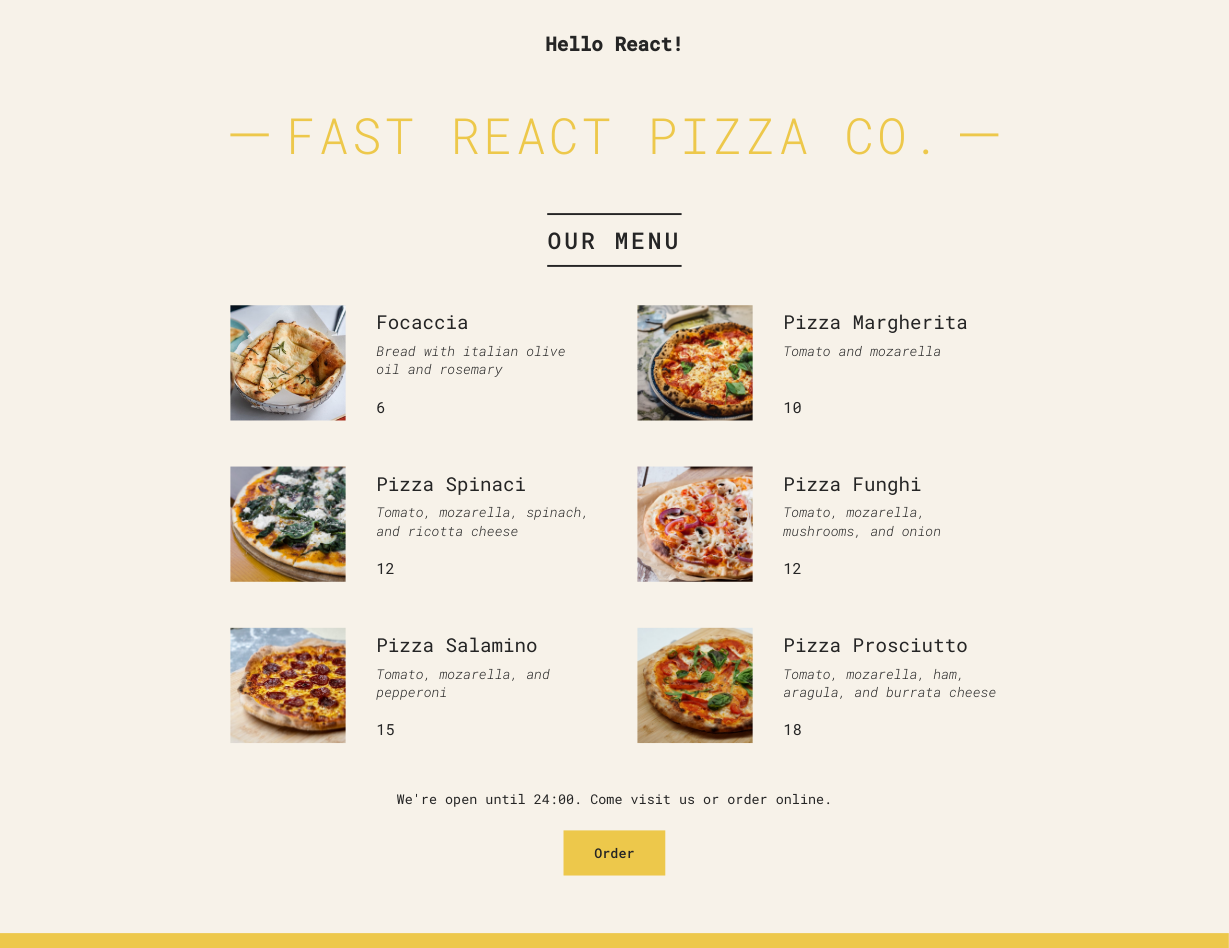
Repository: Alphosmart/03_pizza-menu
Page: /
An editor plug-in stored every save of this project. The page is shown before and after the next save, followed by the edit.
The browser window is 1280 px wide. The pictures show the whole page, at 96% of full size.
The project was rebuilt for these pictures with package versions that can differ from the ones it lists, and the page was loaded fresh each time.

Above is the page before, as saved 2024-06-02 12:26:29.

### src/index.js
import React from "react";
import ReactDOM from "react-dom/client";
import "./index.css";

const pizzaData = [
  {
    name: "Focaccia",
    ingredients: "Bread with italian olive oil and rosemary",
    price: 6,
    photoName: "pizzas/focaccia.jpg",
    soldOut: false,
  },
  {
    name: "Pizza Margherita",
    ingredients: "Tomato and mozarella",
    price: 10,
    photoName: "pizzas/margherita.jpg",
    soldOut: false,
  },
  {
    name: "Pizza Spinaci",
    ingredients: "Tomato, mozarella, spinach, and ricotta cheese",
    price: 12,
    photoName: "pizzas/spinaci.jpg",
    soldOut: false,
  },
  {
    name: "Pizza Funghi",
    ingredients: "Tomato, mozarella, mushrooms, and onion",
    price: 12,
    photoName: "pizzas/funghi.jpg",
    soldOut: false,
  },
  {
    name: "Pizza Salamino",
    ingredients: "Tomato, mozarella, and pepperoni",
    price: 15,
    photoName: "pizzas/salamino.jpg",
    soldOut: true,
  },
  {
    name: "Pizza Prosciutto",
    ingredients: "Tomato, mozarella, ham, aragula, and burrata cheese",
    price: 18,
    photoName: "pizzas/prosciutto.jpg",
    soldOut: false,
  },
];

function App() {
  return (
    <div className="container">
      <h1>Hello React!</h1>
      <Header />
      <Menu />
      <Footer />
    </div>
  );
}

function Header() {
  // const style = { color: "red", fontSize: "48px", textTransform: "Uppercase" };
  const style = {};
  return (
    <header className="header">
      <h1 style={style}>Fast React Pizza Co.</h1>
    </header>
  );
}

function Menu() {
  const pizzas = pizzaData;
  // const pizzas = [];
  const numPizzas = pizzas.length;

  return (
    <main className="menu">
      <h2>Our Menu</h2>
      {numPizzas > 0 ? (
        <ul className="pizzas">
          {pizzas.map((pizza) => (
            <Pizza pizzaObj={pizza} key={pizza.name} />
          ))}
        </ul>
      ) : (
        <p>We are still working on our menu. Please come back later</p>
      )}

      {/* <Pizza
        name="Pizza Spinaci"
        ingredients="Tomato, mozarella, spinach, and ricotta cheese"
        photoName="pizzas/spinaci.jpg"
        price={10}
      />
      <Pizza
        name="Pizza Funghi"
        ingredients="Tomato, mushrooms"
        price={12}
        photoName="pizzas/funghi.jpg"
      /> */}
    </main>
  );
}

function Pizza(props) {
  console.log(props);
  return (
    <li className="pizza">
      <img src={props.pizzaObj.photoName} alt={props.pizzaObj.name} />

      <div>
        <h3>{props.pizzaObj.name}</h3>
        <p>{props.pizzaObj.ingredients}</p>
        <span>{props.pizzaObj.price}</span>
      </div>
    </li>
  );
}
function Footer() {
  const hour = new Date().getHours();
  const openHour = 12;
  const closeHour = 24;
  const isOpen = hour >= openHour && hour <= closeHour;
  console.log(isOpen);
  // if (hour >= openHour && hour <= closeHour) alert("We're currently open!");
  // else alert("Sorry We're closed!");
  return (
    <footer className="footer">
      {isOpen ? (
        <div className="order">
          <p>We're open until {closeHour}:00. Come visit us or order online.</p>
          <button className="btn">Order</button>
        </div>
      ) : (
        <p>
          We are happy to welcome you between {openHour}:00 and {closeHour}:00
        </p>
      )}
    </footer>
  );

  // return React.createElement("footer", null, "We're currently open!");
}

// React v18
const root = ReactDOM.createRoot(document.getElementById("root"));
root.render(
  <React.StrictMode>
    <App />
  </React.StrictMode>
); // or root.render<App />);

//React before v18
// React.render(<App />, document.getElementById("root"));

Loaded but not shown: public/index.html (common file); src/index.css (common file)

After the next save:
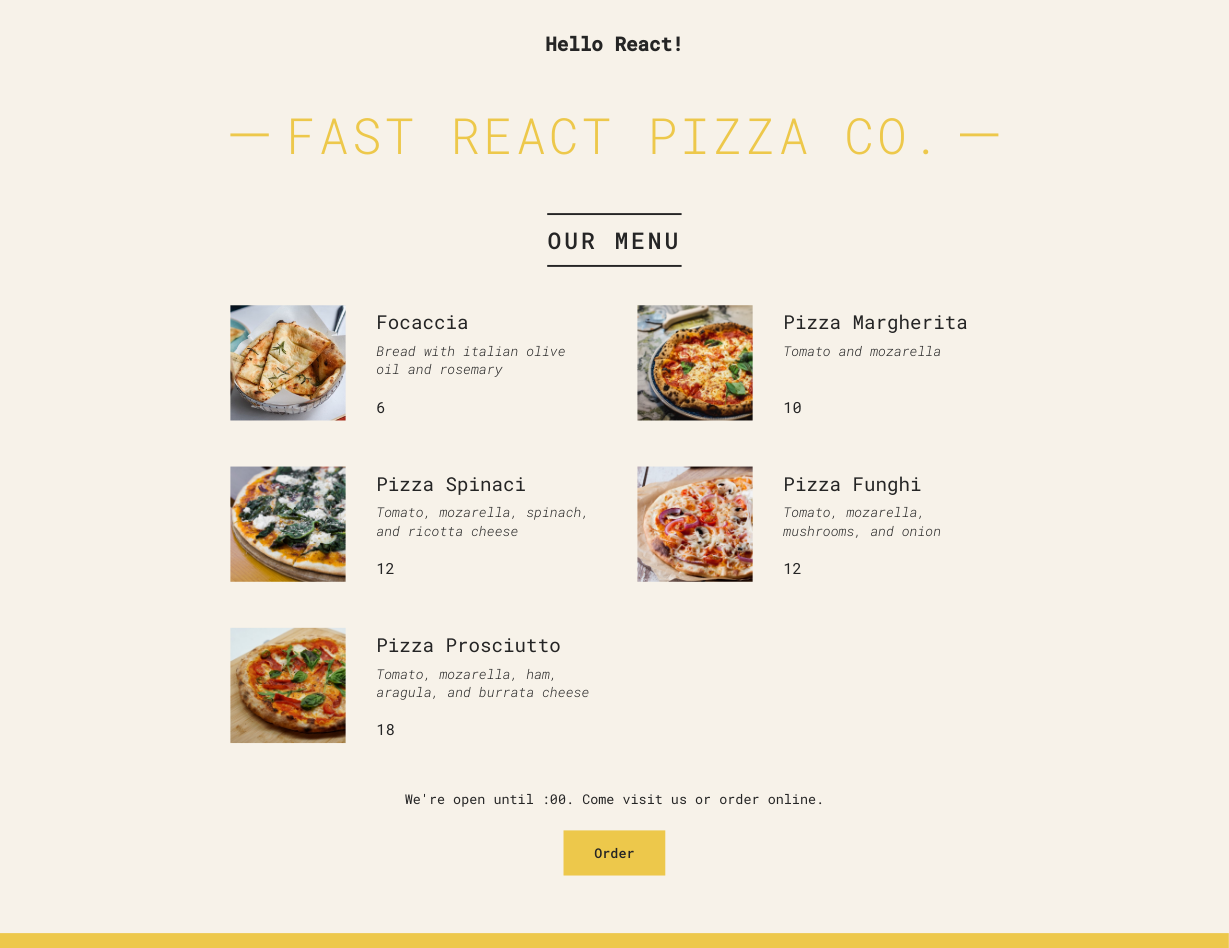
Saved 2 days later.
--- a/src/index.js
+++ b/src/index.js
@@ -104,6 +104,8 @@ function Menu() {
 
 function Pizza(props) {
   console.log(props);
+
+  if (props.pizzaObj.soldOut) return null;
   return (
     <li className="pizza">
       <img src={props.pizzaObj.photoName} alt={props.pizzaObj.name} />
@@ -124,13 +126,13 @@ function Footer() {
   console.log(isOpen);
   // if (hour >= openHour && hour <= closeHour) alert("We're currently open!");
   // else alert("Sorry We're closed!");
+
+  // if (isOpen) return <p>Closed</p>;
+
   return (
     <footer className="footer">
       {isOpen ? (
-        <div className="order">
-          <p>We're open until {closeHour}:00. Come visit us or order online.</p>
-          <button className="btn">Order</button>
-        </div>
+        <Order openHours={openHour} />
       ) : (
         <p>
           We are happy to welcome you between {openHour}:00 and {closeHour}:00
@@ -140,6 +142,16 @@ function Footer() {
   );
 
   // return React.createElement("footer", null, "We're currently open!");
+}
+function Order(props) {
+  return (
+    <div className="order">
+      <p>
+        We're open until {props.openHour}:00. Come visit us or order online.
+      </p>
+      <button className="btn">Order</button>
+    </div>
+  );
 }
 
 // React v18
